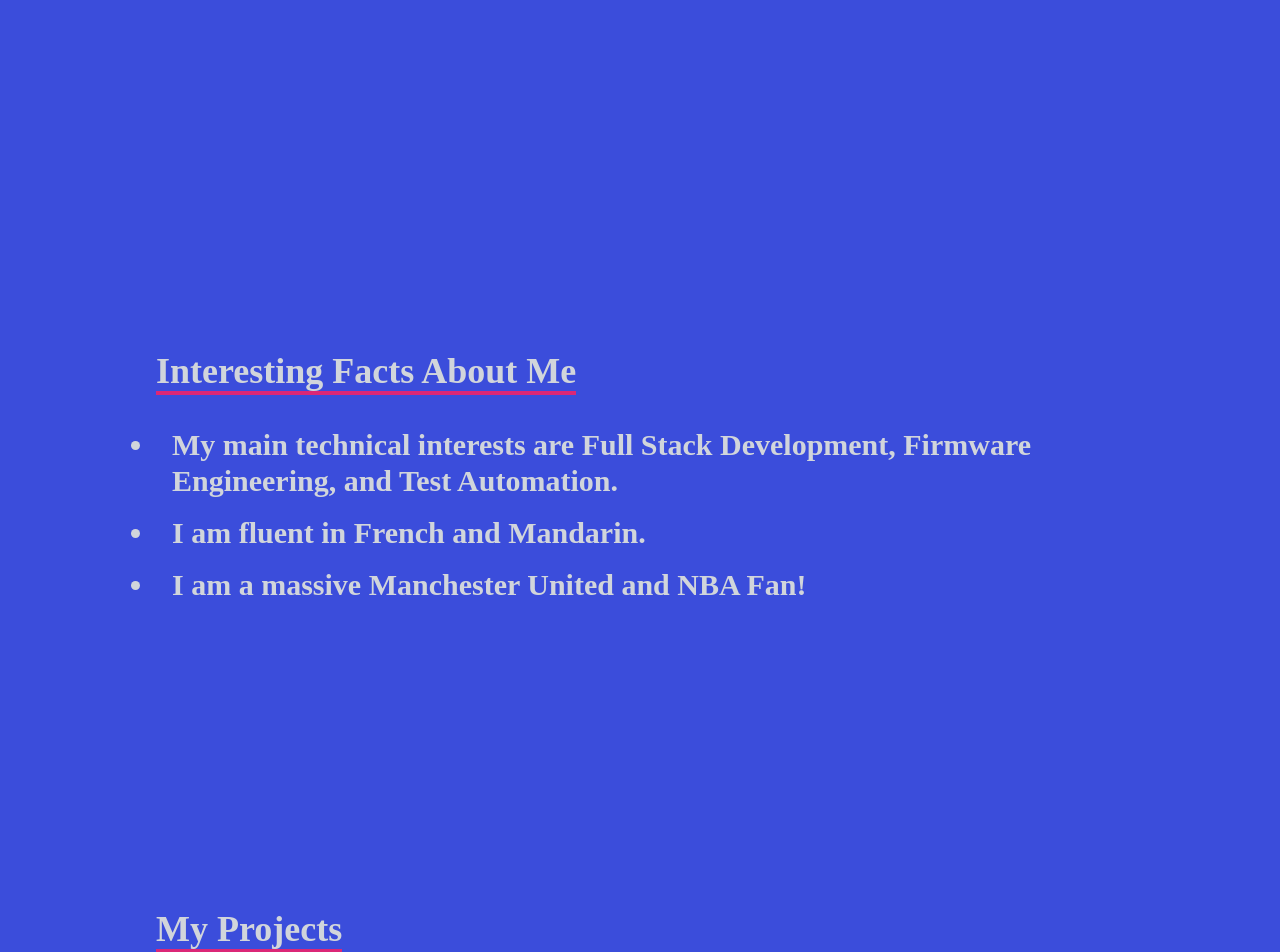
Repository: olichengus/Project-Portfolio
Page: /
These files come from the project's save history. The page is drawn as it stood at one moment and after the next save; the edit follows.
The browser window is 1280 px wide. The pictures show the part of the page from y = 599 to 1551 px (the page is 2160 px tall).
The project was rebuilt for these pictures with package versions that can differ from the ones it lists, and the page was loaded fresh each time.

Above is the page before, as saved 2024-02-09 23:43:02.

### src/index.css
@tailwind base;
@tailwind components;
@tailwind utilities;

@import url('https://fonts.googleapis.com/css2?family=Roboto:wght@300;400;500;700&display=swap');

@layer base {
  body {
    @apply font-[Raleway];
  }
  li {
    @apply px-4;
    @apply cursor-pointer;
  }
}


.content-div{
  background-repeat: no-repeat;
  background-size: cover;
  background-position: center;
  height: 250px;
}

.content-div:hover{
  background-image: linear-gradient(
    to right,
    rgba(112,157,255,0.8),
    hsla(242,74%,61%,0.8)
  )!important;
  background-color: rgba(0, 0, 0, 0.5);
  transition: 0.5s;
}

### src/App.js
import Home from './components/Home';
import Navbar from './components/Navbar';
import About from './components/About';
import Work from './components/Work';

function App() {
  return (
    <div>
      <Navbar />
      <Home />
      <About />
      <Work />
    </div>
  );
}

export default App;

### src/components/Home.jsx
import React from 'react'
import {HiArrowNarrowRight} from 'react-icons/hi'

const Home = () => {
  return (
    <div className='w-full h-screen bg-[#3b4ddb]'>
      {/* Container */}
      <div className='max-w-[1000px] mx-auto px-8 flex flex-col justify-center h-full'>
        <p className='text-pink-600 text-2xl'>Hi, my name is</p>
        <h1 className='text-white text-7xl font-bold'>Oliver Cheng</h1>
        <h2 className='text-4xl sm:text-5xl font-bold text-[#8892b0]'> I am a Computer Science student @ UBC</h2>
        <h2 className='text-4xl sm:text-5xl font-bold text-[#8892b0]'> Welcome to my Portfolio!</h2>
        <div className='background-color'>
          <button className = 'text-white border-2 px-6 py-3 my-2 flex items-center hover:bg-pink-600 hover:border-pink-600'>
            My Projects
            <span className='group-hover:rotate-90 duration-300'>
              <HiArrowNarrowRight className='ml-2' />
            </span>
          </button>
        </div>
      </div>

    </div>
  )
}

export default Home

### src/components/navbar.js
import React, {useState} from 'react'
import {
    FaBars,
    FaTimes,
    FaGithub,
    FaLinkedin
  } from 'react-icons/fa';
import { HiOutlineMail } from 'react-icons/hi';
import BsFillPersonFill from 'react-icons/bs';

const Navbar = () => {
    const [nav, setNav] = useState(false)
    const handleClick = () => setNav(!nav)
  return (
    <div className='fixed w-full h-[80px] flex justify-between items-center px-4 bg-[#0a192f] text-gray-300'>
    {/* menu */}
        <div className='hidden md:flex'>
            <ul className='hidden md:flex'>
                <li>Home</li>
                <li>About</li>
                <li>Experience</li>
                <li>Projects</li>
                <li>Contact</li>


            </ul>
        </div>

        <div onClick={handleClick} className='md:hidden z-10'>
            {/* if false set it to bars else set it to x logo*/}
            {!nav ? <FaBars /> : <FaTimes />}
        </div>


        {/* Moble menu */}
        <ul className={!nav ? "hidden": 'absolute top-0 left-0 w-full h-screen bg-[#0a192f] flex flex-col justify center items-center'}>
                <li className='py-6 text-4xl'>Home</li>
                <li className='py-6 text-4xl'>About</li>
                <li className='py-6 text-4xl'>Experience</li>
                <li className='py-6 text-4xl'>Projects</li>
                <li className='py-6 text-4xl'>Contact</li>

        </ul>
        {/* Social Icons */}
        <div className='flex fixed flex-col top-[35%] left-0;'>
        </div>
    </div>


  )
}

export default Navbar

### src/components/About.jsx
import React from 'react';

const About = () => {
    return (
        <div name='about' className='w-full h-screen bg-[#3b4ddb] text-gray-300'>
            <div className='flex flex-col justify-center items-center w-full h-full'>
                <div className='max-w-[1000px] w-full px-4 justify-center items-center'>
                    <div className='text-left'>
                        <p className='text-4xl font-bold inline border-b-4 border-pink-600 hover:text-white'>Interesting Facts About Me</p>
                    </div>

                </div>
                <div className='mt-9 max-w-[1000px] w-full'>
                    <ul class="list-disc pl-4">
                        <li class="mb-2 text-3xl font-bold hover:text-white">My main technical interests are Full Stack Development, Firmware Engineering, and Test Automation.</li>
                        <li class="mt-4 mb-2 text-3xl font-bold hover:text-white">I am fluent in French and Mandarin.</li>
                        <li class="mt-4 mb-2 text-3xl font-bold hover:text-white">I am a massive Manchester United and NBA Fan!</li>
                    </ul>
                </div>
            </div>
        </div>
    )
}

export default About;

### src/components/Work.jsx
import React from 'react';
import Background from '../assets/background.jpeg';

const Work = () => {
    return (
        <div className='w-full md:h-screen text-gray-300 bg-[#3b4ddb]'>
            <div className='max-w-[1000px] mx-auto p-4 flex flex-col justify-center w-full h-full'>
                <div>
                    <p className='text-4xl font-bold inline border-b-4 text-gray-300 border-pink-600'>My Projects</p>
                </div>

            {/* Container */}

                <div className='grid sm:grid-cols-2 md:grid-cols-3 gap-4 mt-7'>

            {/* Grid Item */}
                    <div style = {{backgroundImage: `url(${Background})`}}
                    className='shadow-lg shadow-[#040c16] group container rounded-md flex justify-center items-center mx-auto content-div'>

                        {/* Hover Effects */}
                        <div className='opacity-0 group-hover:opacity-100'>
                            <span className='text-2xl font-bold text-white tracking-wider'>
                                UBC Elective Finder
                            </span>
                            <div className='pt-8 text-center'>
                                {/* <a href ="/">
                                    <button className='text-center rounded-lg px-4 py-3 m-2 bg-white text-gray-700 font-bold text-lg'>Demo</button>
                                </a> */}
                                <a href = "https://github.com/olichengus/UBC-Elective-Finder">
                                    <button className='text-center rounded-lg px-5 py-3 m-2 bg-white text-gray-700 font-bold text-lg'>View</button>
                                </a>
                            </div>
                        </div>
                    </div>

                    <div style = {{backgroundImage: `url(${Background})`}}
                    className='shadow-lg shadow-[#040c16] group container rounded-md flex justify-center items-center mx-auto content-div'>

                        {/* Hover Effects */}
                        <div className='opacity-0 group-hover:opacity-100'>
                            <span className='text-2xl font-bold text-white tracking-wider'>
                                Telomeres Website
                            </span>
                            <div className='pt-8 text-center'>
                                {/* <a href ="/">
                                    <button className='text-center rounded-lg px-4 py-3 m-2 bg-white text-gray-700 font-bold text-lg'>Demo</button>
                                </a> */}
                                <a href = "https://github.com/olichengus/TelomeresWebsite">
                                    <button className='text-center rounded-lg px-5 py-3 m-2 bg-white text-gray-700 font-bold text-lg'>View</button>
                                </a>
                            </div>
                        </div>
                    </div>

                    <div style = {{backgroundImage: `url(${Background})`}}
                    className='shadow-lg shadow-[#040c16] group container rounded-md flex justify-center items-center mx-auto content-div'>

                        {/* Hover Effects */}
                        <div className='opacity-0 group-hover:opacity-100'>
                            <span className='text-2xl font-bold text-white tracking-wider'>
                                Wishlist Application
                            </span>
                            <div className='pt-8 text-center'>
                                {/* <a href ="https://github.com/olichengus/WishList">
                                    <button className='text-center rounded-lg px-4 py-3 m-2 bg-white text-gray-700 font-bold text-lg'>Demo</button>
                                </a> */}
                                <a href = "https://github.com/olichengus/WishList">
                                    <button className='text-center rounded-lg px-5 py-3 m-2 bg-white text-gray-700 font-bold text-lg'>View</button>
                                </a>
                            </div>
                        </div>
                    </div>

                    <div style = {{backgroundImage: `url(${Background})`}}
                    className='shadow-lg shadow-[#040c16] group container rounded-md flex justify-center items-center mx-auto content-div'>

                        {/* Hover Effects */}
                        <div className='opacity-0 group-hover:opacity-100'>
                            <span className='text-2xl font-bold text-white tracking-wider'>
                                PythonRoads
                            </span>
                            <div className='pt-8 text-center'>
                                {/* <a href ="/">
                                    <button className='text-center rounded-lg px-4 py-3 m-2 bg-white text-gray-700 font-bold text-lg'>Demo</button>
                                </a> */}
                                <a href = "https://github.com/olichengus/PythonRoads">
                                    <button className='text-center rounded-lg px-5 py-3 m-2 bg-white text-gray-700 font-bold text-lg'>View</button>
                                </a>
                            </div>
                        </div>
                    </div>

                </div>



            </div>
        </div>
    );
};

export default Work;

### tailwind.config.js
/** @type {import('tailwindcss').Config} */
module.exports = {
  content: ["./src/**/*.{html,jsx}"],
  theme: {
    extend: {},
  },
  plugins: [],
}

Loaded but not shown: public/index.html (common file); src/index.js (common file)

After the next save:
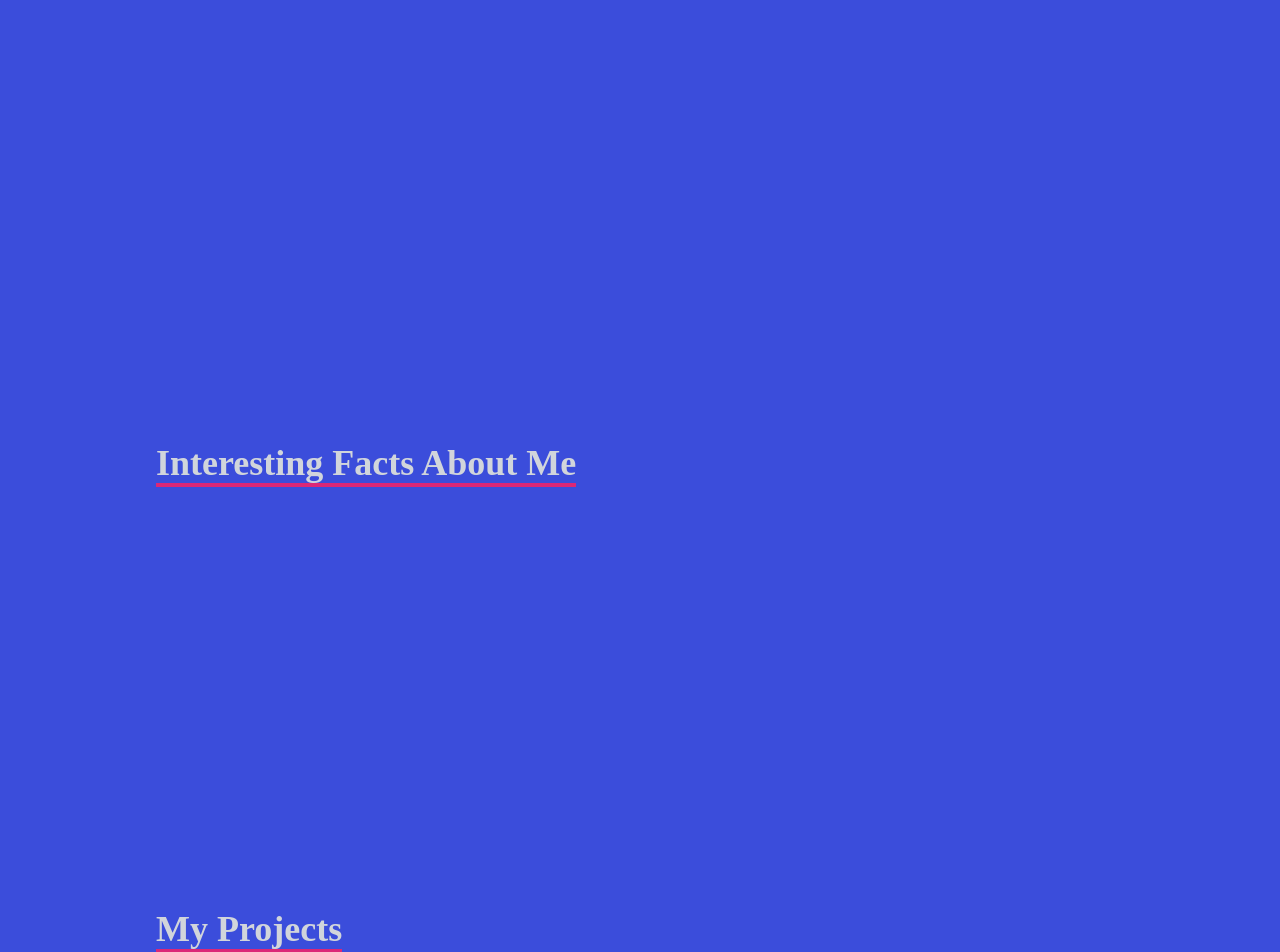
Saved 4 min 51 s later.
--- a/src/components/About.jsx
+++ b/src/components/About.jsx
@@ -11,11 +11,6 @@ const About = () => {
 
                 </div>
                 <div className='mt-9 max-w-[1000px] w-full'>
-                    <ul class="list-disc pl-4">
-                        <li class="mb-2 text-3xl font-bold hover:text-white">My main technical interests are Full Stack Development, Firmware Engineering, and Test Automation.</li>
-                        <li class="mt-4 mb-2 text-3xl font-bold hover:text-white">I am fluent in French and Mandarin.</li>
-                        <li class="mt-4 mb-2 text-3xl font-bold hover:text-white">I am a massive Manchester United and NBA Fan!</li>
-                    </ul>
                 </div>
             </div>
         </div>
